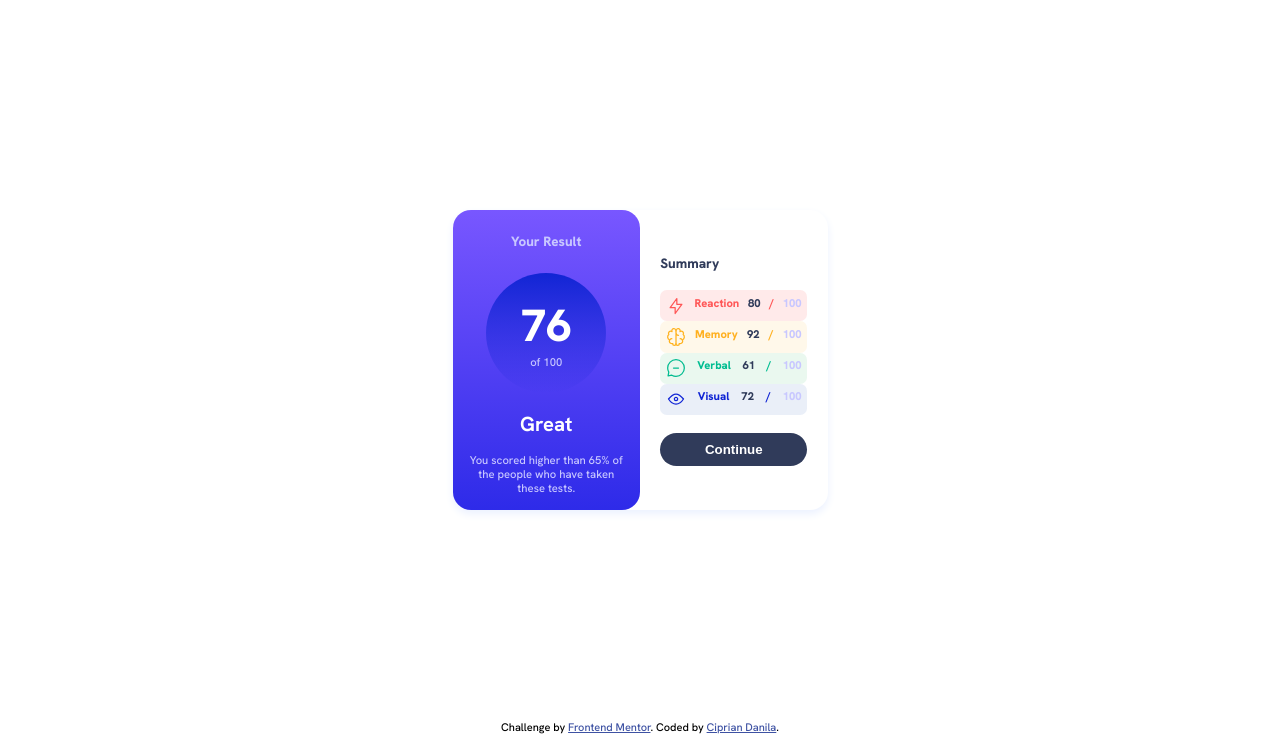
Repository: cipdanila/results-summary-component
Page: index.html
An editor plug-in stored every save of this project. The page is shown before and after the next save, followed by the edit.
The browser window is 1280 px wide. The pictures show the whole page.

Above is the page before, as saved 2024-02-02 20:29:13.

### index.html
<!DOCTYPE html>
<html lang="en">
    <head>
        <meta charset="UTF-8" />
        <meta name="viewport" content="width=device-width, initial-scale=1.0" />
        <!-- displays site properly based on user's device -->

        <link rel="icon" type="image/png" sizes="32x32" href="./assets/images/favicon-32x32.png" />
        <link rel="stylesheet" href="styles.css" />
        <title>Frontend Mentor | Results summary component</title>
    </head>
    <body>
        <main>
            <div class="card">
                <div class="result">
                    <p id="result-title">Your Result</p>
                    <div class="score-circle">
                        <div class="big-num">76</div>
                        <div class="small-text">of 100</div>
                    </div>
                    <h4>Great</h4>
                    <p>You scored higher than 65% of the people who have taken these tests.</p>
                </div>
                <div class="summary">
                    <p id="summary">Summary</p>
                    <div class="reaction">
                        <img src="./assets/images/icon-reaction.svg" alt="raction icon" />
                        Reaction <span class="percent">80</span> / <span class="hundred">100</span>
                    </div>
                    <div class="memory">
                        <img src="./assets/images/icon-memory.svg" alt="memory icon" />
                        Memory <span class="percent">92</span> / <span class="hundred">100</span>
                    </div>
                    <div class="verbal">
                        <img src="./assets/images/icon-verbal.svg" alt="verbal icon" />
                        Verbal <span class="percent">61</span> / <span class="hundred">100</span>
                    </div>
                    <div class="visual">
                        <img src="./assets/images/icon-visual.svg" alt="visual icon" />
                        Visual <span class="percent">72</span> / <span class="hundred">100</span>
                    </div>
                    <button class="continue" type="button">Continue</button>
                </div>
            </div>
        </main>

        <footer>
            <div class="attribution">
                Challenge by
                <a
                    href="https://www.frontendmentor.io/challenges/results-summary-component-CE_K6s0maV/hub"
                    target="_blank"
                    rel="noopener noreferer"
                    >Frontend Mentor</a
                >. Coded by <a href="https://github.com/cipdanila" target="_blank" rel="noopener noreferer">Ciprian Danila</a>.
            </div>
        </footer>
    </body>
</html>

### styles.css
@import url("https://fonts.googleapis.com/css2?family=Hanken+Grotesk:wght@500;700;800&display=swap");

:root {
    /* Colors */
    /* Primary */
    --light-red: hsl(0, 100%, 67%);
    --orange-yellow: hsl(39, 100%, 56%);
    --green-teal: hsl(166, 100%, 37%);
    --cobalt-blue: hsl(234, 85%, 45%);
    /* Gradients */
    --light-slate-blue: hsl(252, 100%, 67%); /*  (background) */
    --light-royal-blue: hsl(241, 81%, 54%); /* (background) */

    --violet-blue: hsla(256, 72%, 46%, 1); /* (circle) */
    --persian-blue: hsla(241, 72%, 46%, 0); /* (circle) */
    /* Neutral */
    --white: hsl(0, 0%, 100%);
    --pale-blue: hsl(221, 100%, 96%);
    --light-lavender: hsl(241, 100%, 89%);
    --dark-gray-blue: hsl(224, 30%, 27%);
}

*,
*::after,
*::before {
    box-sizing: border-box;
    margin: 0;
    padding: 0;
}

body,
html {
    height: 100%;
    font-family: "Hanken Grotesk", sans-serif;
    font-size: 1.125rem; /* 18px */
    font-weight: 300;
    background-color: var(--white);
}

main {
    display: flex;
    justify-content: center;
    align-items: center;
    height: 100%;
}

.card {
    max-width: 375px;
    border-radius: 1rem;
    box-shadow: 0 4px 8px 0 var(--pale-blue);
    display: flex;
    justify-content: center;
    align-items: center;
    background-color: var(--white);
}

.result {
    width: 50%;
    display: flex;
    flex-direction: column;
    justify-content: center;
    align-items: center;
    background: linear-gradient(to bottom, var(--light-slate-blue) 0%, var(--light-royal-blue) 100%);
    color: var(--white);
    border-radius: 1rem;
}

.result #result-title {
    padding: 1.25rem;
    font-weight: 800;
    font-size: 0.75rem;
}

.score-circle {
    width: 120px;
    height: 120px;
    border-radius: 50%;
    background: linear-gradient(to bottom, var(--cobalt-blue) 0%, var(--persian-blue) 100%);
    display: flex;
    flex-direction: column;
    justify-content: center;
    align-items: center;
}

.big-num {
    font-size: 2.5rem;
    font-weight: 800;
}

.small-text {
    font-size: 0.625rem;
    color: var(--light-lavender);
}

.result h4 {
    padding-top: 1rem;
}

.result p {
    font-size: 0.625rem;
    color: var(--light-lavender);
    padding: 0.875rem;
    text-align: center;
}

.summary {
    width: 50%;
    height: auto;
    display: flex;
    flex-direction: column;
    justify-content: center;
    padding: 1.125rem;
    font-weight: 800;
}

.summary p#summary {
    padding: 1rem 0;
    font-size: 0.75rem;
    font-weight: 800;
    color: var(--dark-gray-blue);
}

.summary div {
    width: 100%;
    padding: 0.313rem;
    margin: auto;
    font-size: 0.625rem;
    display: flex;
    justify-content: space-between;
    border-radius: 0.375rem;
}

.summary .percent {
    color: var(--dark-gray-blue);
}

.summary .hundred {
    color: var(--light-lavender);
}

.summary .reaction {
    background-color: rgba(255, 51, 51, 0.1);
    color: var(--light-red);
}

.summary .memory {
    background-color: rgba(255, 187, 51, 0.1);
    color: var(--orange-yellow);
}

.summary .verbal {
    background-color: rgba(51, 187, 102, 0.1);
    color: var(--green-teal);
}

.summary .visual {
    background-color: rgba(51, 102, 187, 0.1);
    color: var(--cobalt-blue);
    border-radius: 0.375rem;
}

button {
    width: 100%;
    padding: 0.5rem;
    margin: 1rem auto;
    display: flex;
    justify-content: center;
    align-items: center;
    color: var(--white);
    background-color: var(--dark-gray-blue);
    font-weight: 700;
    border-radius: 1rem;
    border: none;
    cursor: pointer;
}

.attribution {
    font-size: 11px;
    text-align: center;
}
.attribution a {
    color: hsl(228, 45%, 44%);
}

After the next save:
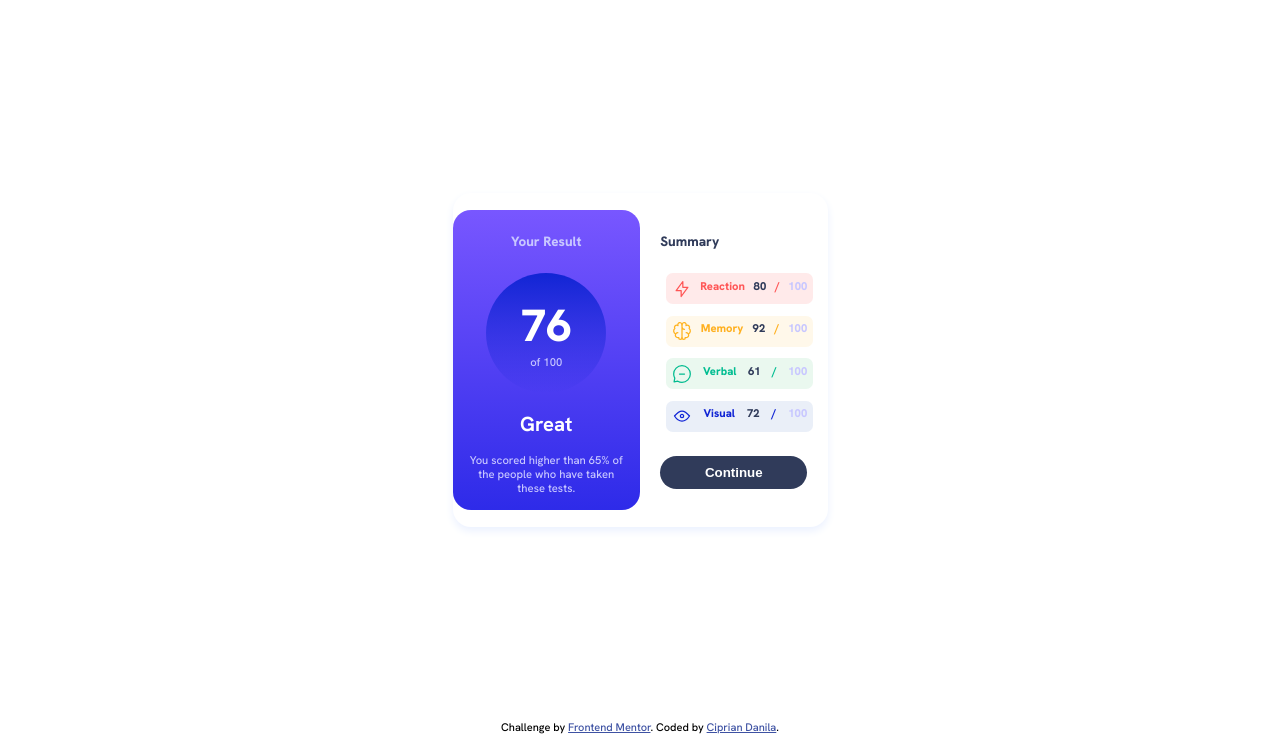
Saved 14 s later.
--- a/styles.css
+++ b/styles.css
@@ -123,7 +123,7 @@
 .summary div {
     width: 100%;
     padding: 0.313rem;
-    margin: auto;
+    margin: 0.313rem;
     font-size: 0.625rem;
     display: flex;
     justify-content: space-between;
